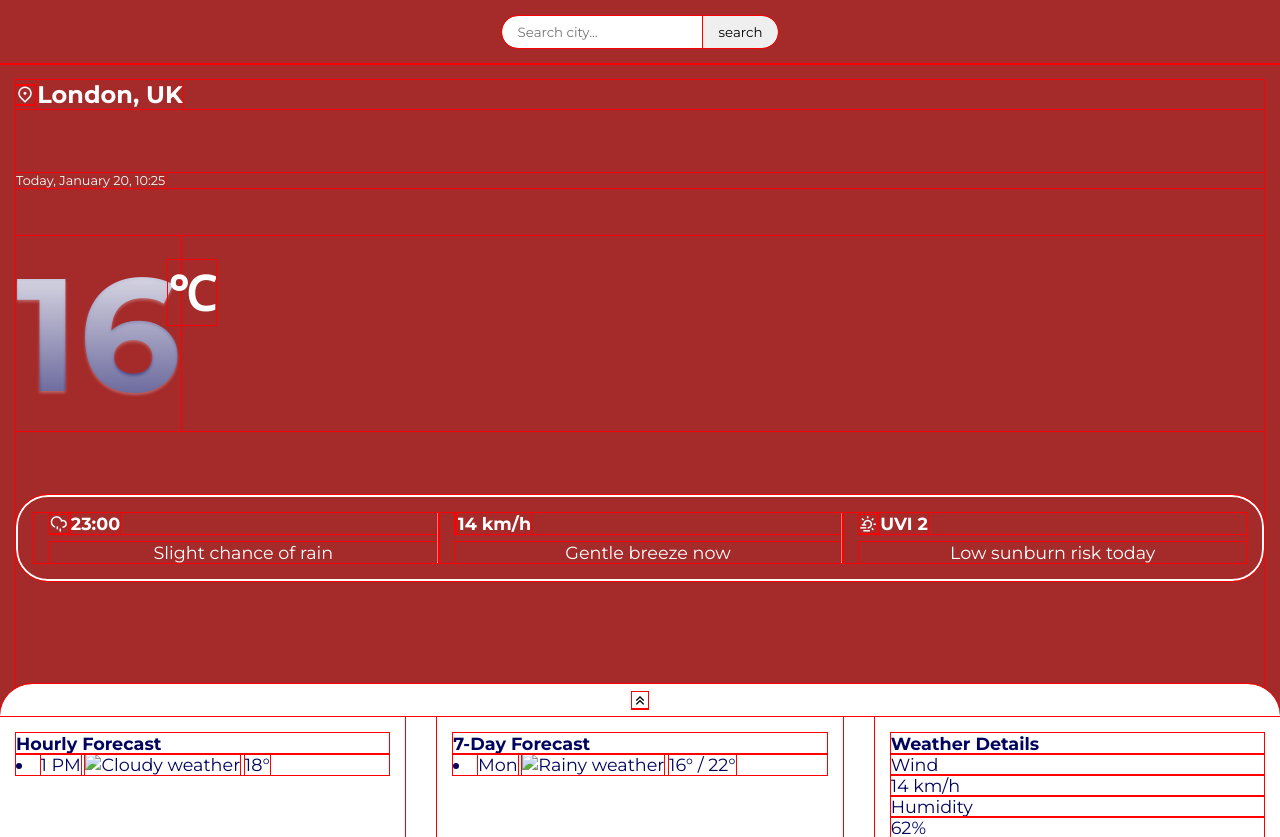
Repository: EguJaredoBoyd/Jared-Weather-App
Page: main.html
These files come from the project's save history. The page is drawn as it stood at one moment and after the next save; the edit follows.
The browser window is 1280 px wide. The pictures show the whole page.
Some icons come from a web library that is not loaded, so they are not drawn. Some web libraries are served in a nearby version.

Above is the page before, as saved 2026-02-04 15:26:39.

After the next save:
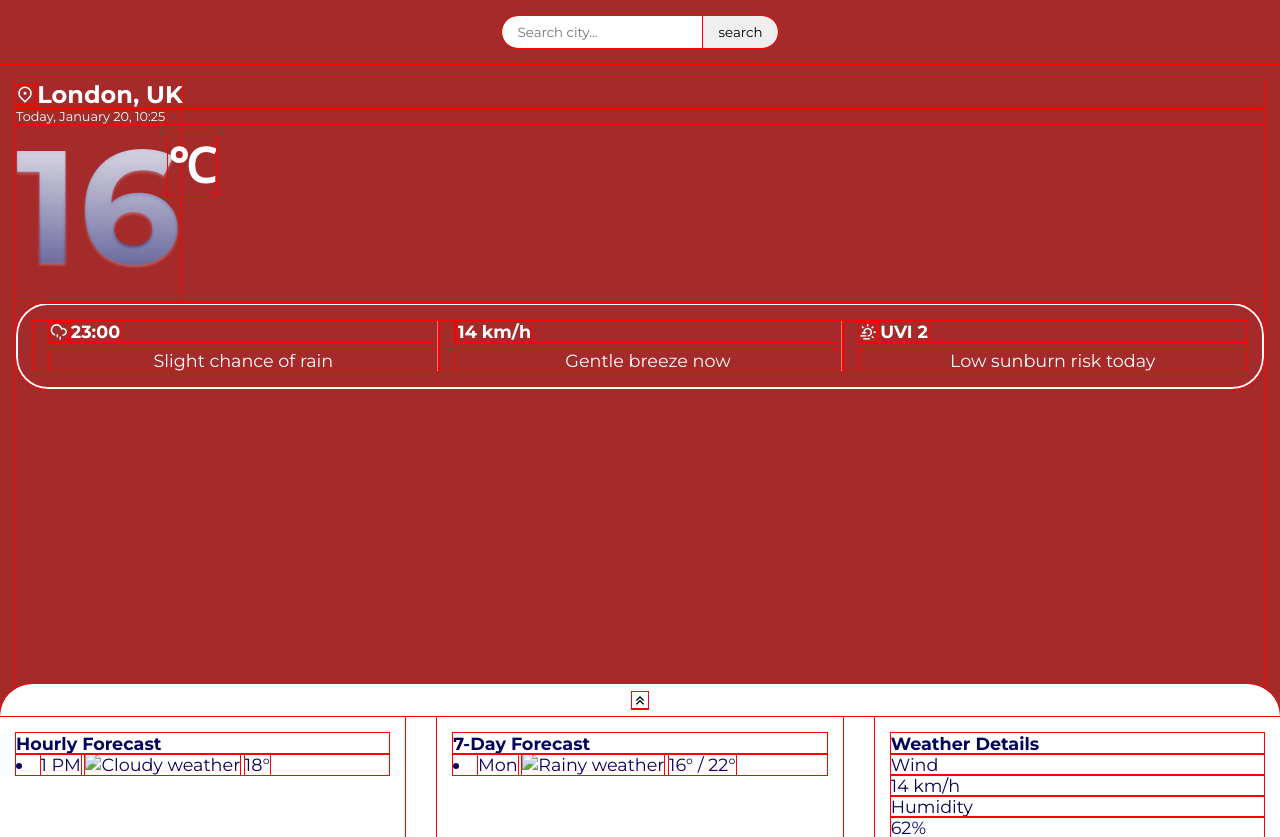
Saved 109 s later.
--- a/css/styles.css
+++ b/css/styles.css
@@ -77,7 +77,6 @@ main {
 .current-weather {
   display: flex;
   flex-direction: column;
-  row-gap: 4rem;
   min-height: 100dvh;
 }
 
